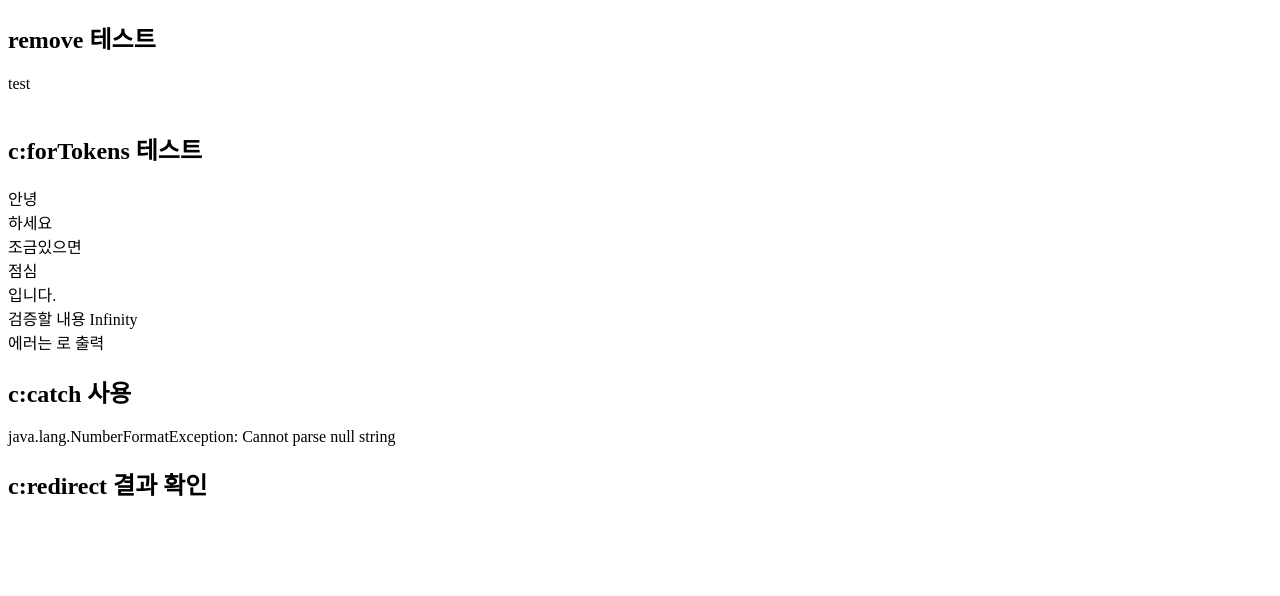
Repository: huntingforheat/JavaProject
Page: http://localhost/myweb/jstl/jstl_etc2.jsp
The author's editor kept a copy of each file at every save. The page is drawn from the files as they stood at one save, then again after the next save.
The browser window is 1280 px wide. The pictures show the whole page.
The page is served by Tomcat 9. Other server files are loaded and not shown.

Above is the page before, as saved 2024-04-17 04:15:09.

### myweb/src/main/webapp/jstl/jstl_etc2.jsp
<%@ page language="java" contentType="text/html; charset=UTF-8"
    pageEncoding="UTF-8"%>
<%@ taglib prefix="c" uri = "http://java.sun.com/jsp/jstl/core" %>
<!DOCTYPE html>
<html>
	<head>
		<meta charset="UTF-8">
		<title>jstl_etc2.jsp</title>
	</head>
	<body>
		<c:import url="jstl_etc.jsp"></c:import>

		<%--
		// c: catch
		try {
			검증할 내용
		} catch(Exception e) {
			에러 발생시 내용
		}
		 --%>
		 <c:catch var = "abc">
		 	검증할 내용
		 	${100/0 } <br>
		 </c:catch>
		 에러는 ${abc }로 출력

		 <h2> c:catch 사용</h2>
		 <c:catch var = "test">
		 	<%
		 		String s = null;
		 		Integer.parseInt(s);
		 	%>
		 </c:catch>
		 	${test }<br>

		 <h2>c:redirect 결과 확인</h2>
		 ${param.abc }<br>

		 <%-- c:url은 c:set과 비슷함. 단, get방식으로 값을 전달받음 --%>
		 <c:url var = "abc2" value = "${param.abc2 }" scope = "request"></c:url>
	</body>
</html>

### myweb/src/main/webapp/jstl/jstl_etc.jsp
<%@ page language="java" contentType="text/html; charset=UTF-8"
    pageEncoding="UTF-8"%>
<%@ taglib prefix="c" uri = "http://java.sun.com/jsp/jstl/core" %>
<%
	String test = "test";
%>
<!DOCTYPE html>
<html>
	<head>
		<meta charset="UTF-8">
		<title>jstl_etc.jsp</title>
	</head>
	<body>
		<h2>remove 테스트</h2>
		<c:set var = "test1" value="<%=test %>"></c:set>
		<c:set var = "test2" value = "test2"></c:set>
		<c:remove var="test2" scope = "page"/>
		${pageScope.test1 }<br>
		${test2 }<br>

		<h2>c:forTokens 테스트</h2>
		<!-- 자바의 StringTokenizer를 JSTL를 사용하여 구현하려 할때 쓸 수 있음.
			 문자열을 구분자로 나눌려고 할 때 사용함. -->
		<c:set var = "tokens" value = "안녕/하세요/조금있으면/점심/입니다."></c:set>
		<c:forTokens var = "abc" items="${tokens }" delims="/">
			${abc }<br>
		</c:forTokens>
	</body>
</html>

After the next save:
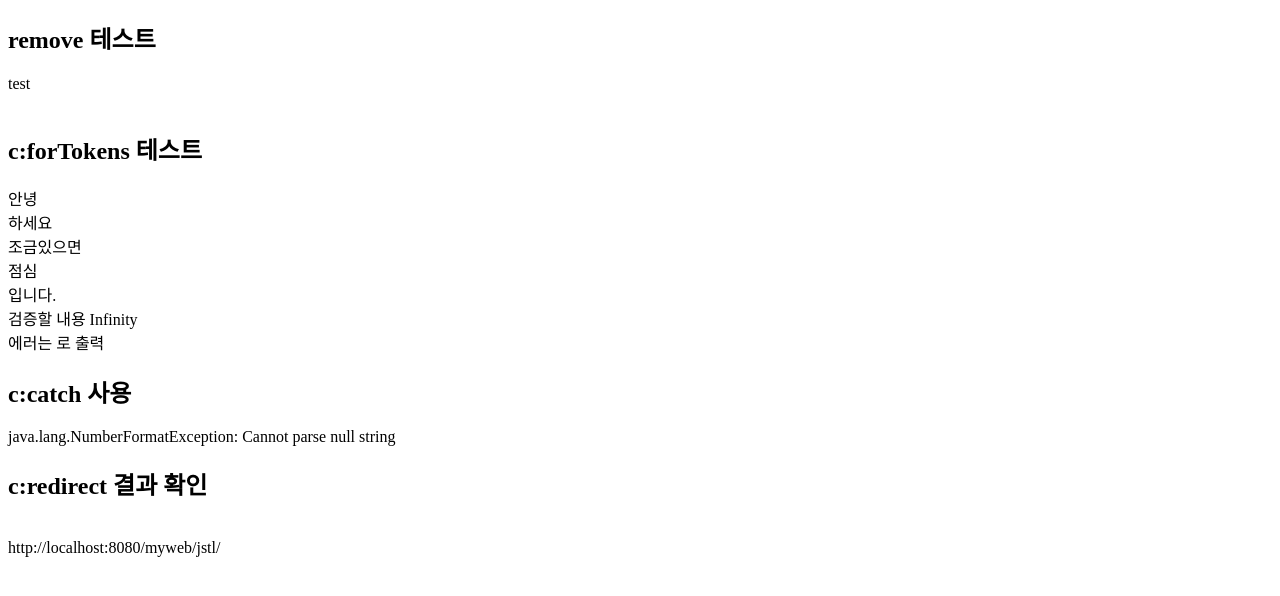
Saved 16 s later.
--- a/myweb/src/main/webapp/jstl/jstl_etc2.jsp
+++ b/myweb/src/main/webapp/jstl/jstl_etc2.jsp
@@ -38,5 +38,6 @@
 
 		 <%-- c:url은 c:set과 비슷함. 단, get방식으로 값을 전달받음 --%>
 		 <c:url var = "abc2" value = "${param.abc2 }" scope = "request"></c:url>
+		 ${abc2 }<br>
 	</body>
 </html>
